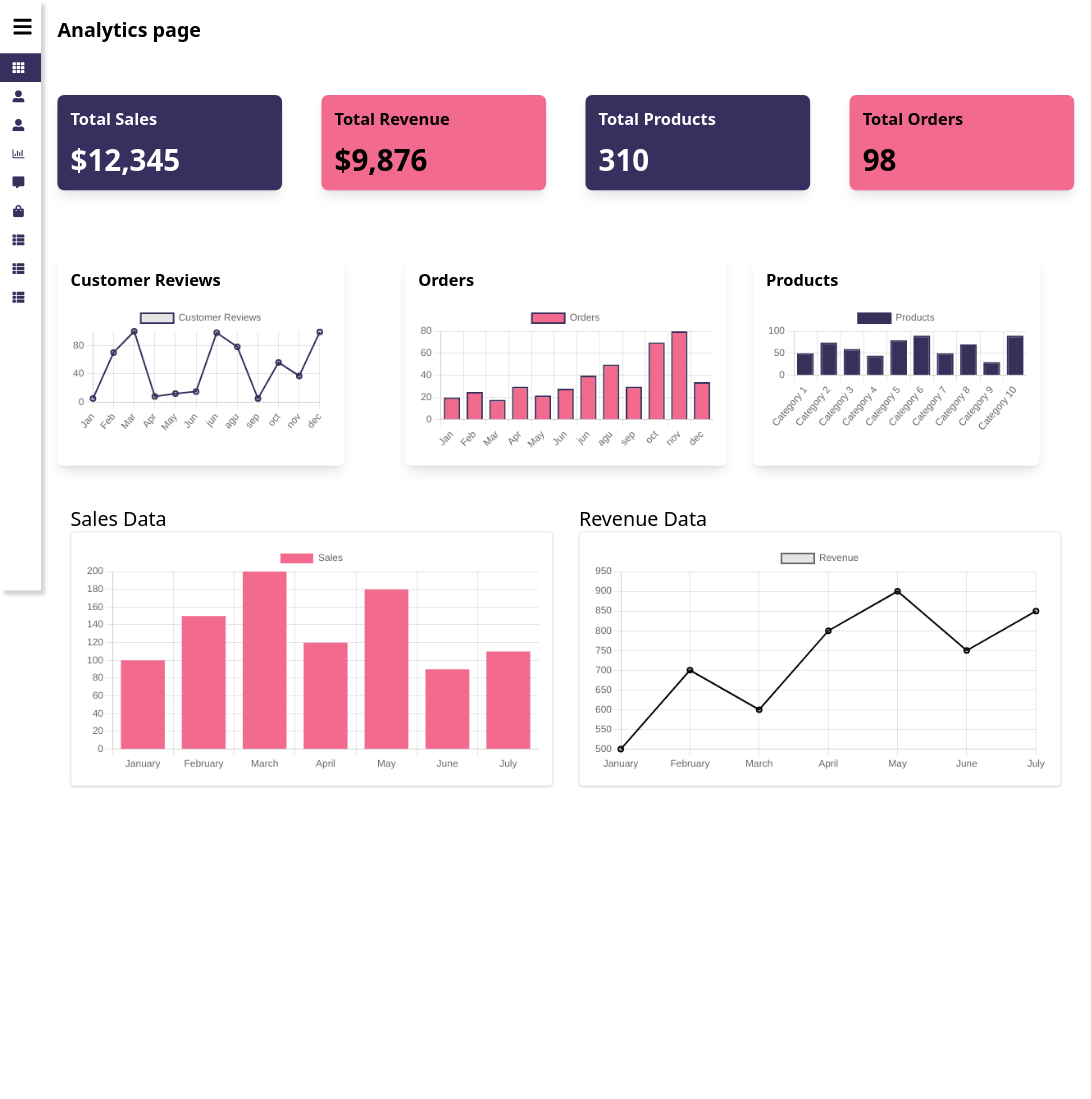
Repository: AndargWorku12/admin-dashboard
Page: /
An editor plug-in stored every save of this project. The page is shown before and after the next save, followed by the edit.
The browser window is 1280 px wide. The page is 1330 px wide, so the pictures cover 1330 px, including what lies to the right of the window. The pictures show the whole page, at 82% of full size.
The project was rebuilt for these pictures with package versions that can differ from the ones it lists, and the page was loaded fresh each time. Also part of the build but not shown: src/styles/orders.css, src/pages/OrderTable.tsx, src/pages/OrderModal.tsx, src/pages/Orders.tsx, src/styles/category.css, src/pages/CategoryPage.tsx, src/styles/login.css, src/pages/Login.tsx and 9 more.

Above is the page before, as saved 2024-02-03 04:20:58.

### src/index.tsx
import { ColorModeScript } from "@chakra-ui/react"
import * as React from "react"
import * as ReactDOM from "react-dom/client"
import App from "./App"
import './index.css'

const container = document.getElementById("root")
if (!container) throw new Error('Failed to find the root element');
const root = ReactDOM.createRoot(container)

root.render(

  <React.StrictMode>
    <ColorModeScript />
    <App />
  </React.StrictMode>,

)

### src/App.tsx

import React, {useState} from 'react';
import { BrowserRouter, Route, Routes } from 'react-router-dom';
import Sidebar from './components/Sidebar';
import Dashboard from './pages/Dashboard';
// import SignUpForm from './pages/LoginPopup'
import Orders from './pages/Orders';
import Category from './pages/CategoryPage';
import Login from './pages/Login'
import Analytics from './pages/Analytics';
import CustemerReview from './pages/CustemerReview';
import ProductList from './pages/ProductList';
import ShopCard from './pages/ShopCard';
import './App.css'
import SignUpForm from './pages/SignUpForm';
import ForgotPassword from './pages/ForgetPassword';
// import AnalyticsPage from './pages/Analytics';



type SaleData = {
  date: string;
  amount: number;
};

type RevenueData = {
  month: string;
  revenue: number;
};

type Product = {
    id: string;
    photo: string;
    name: string;
    price: number;
    category: string;
};

type Order = {
    id: string;
    productName: string;
    quantity: number;
    totalPrice: number;

};

type CategoryType = {
  id: string;
  photo:string;
  name: string;
};



// Sample props for components
type DashboardProps = {
  saleData: SaleData[];
  revenueData: RevenueData[];
  // ... other props
};

type AnalyticsProps = {
  salesData: SaleData[];
  // ... other props
};

type ProductProps = {
  products: Product[];
  onUpdate: (productId: string, updatedProduct: Product) => void;

};




type OrderProps = {
  orders: Order[];
  // ... other props
};

type CategoryProps = {
  categories: CategoryType[];
  // ... other props
};







const App: React.FC = () => {


// for the product page to handle
  const [products, setProducts] = useState<Product[]>([


    {
      id: '1',
      photo: 'https://img.ltwebstatic.com/images3_pi/2022/01/10/16417919016a32607182dd11dedeb77e8324b683e8_thumbnail_900x.webp',
      name: 'Product 1',
      price: 29.99,
      category: 'Electronics',
    },
    {
      id: '2',
      photo: 'https://img.ltwebstatic.com/images3_pi/2022/01/10/16417919016a32607182dd11dedeb77e8324b683e8_thumbnail_900x.webp',
      name: 'Product 2',
      price: 49.99,
      category: 'Clothing',
    },
    {
      id: '3',
      photo: 'https://img.ltwebstatic.com/images3_pi/2022/01/10/16417919016a32607182dd11dedeb77e8324b683e8_thumbnail_900x.webp',
      name: 'Product 3',
      price: 9.99,
      category: 'Books',
    },
    {
      id: '4',
      photo: 'https://img.ltwebstatic.com/images3_pi/2022/01/10/16417919016a32607182dd11dedeb77e8324b683e8_thumbnail_900x.webp',
      name: 'Product 4',
      price: 79.99,
      category: 'Home and Kitchen',
    },
    {
      id: '5',
      photo: 'https://img.ltwebstatic.com/images3_pi/2022/01/10/16417919016a32607182dd11dedeb77e8324b683e8_thumbnail_900x.webp',
      name: 'Product 5',
      price: 39.99,
      category: 'Toys',
    },



  ]);

  // Function to handle creating a new product
  const handleCreate = (newProduct: Product) => {
    setProducts((prevProducts) => [...prevProducts, newProduct]);
  };

  // Function to handle updating a product

  const handleUpdate = (productId: string, newName: string, newPrice: number) => {
    setProducts((prevProducts) =>
      prevProducts.map((product) =>
        product.id === productId
          ? { ...product, name: newName, price: newPrice }
          : product
      )
    );
  };



  // Function to handle deleting a product
  const handleDelete = (productId: string) => {
    setProducts((prevProducts) => prevProducts.filter((product) => product.id !== productId));
  };

//  for AnalyticsPage
// for category page


const [categories, setCategories] = useState<CategoryType[]>([
  {
    id: '1',
    photo: 'https://plus.unsplash.com/premium_photo-1661662850226-83c981ed4eba?w=500&auto=format&fit=crop&q=60&ixlib=rb-4.0.3&ixid=M3wxMjA3fDB8MHxzZWFyY2h8MXx8bGFwdG9wJTIwY29tcHV0ZXJ8ZW58MHx8MHx8fDA%3D',
    name: 'Category 1',
  },
  {
    id: '2',
    photo: 'https://plus.unsplash.com/premium_photo-1661662850226-83c981ed4eba?w=500&auto=format&fit=crop&q=60&ixlib=rb-4.0.3&ixid=M3wxMjA3fDB8MHxzZWFyY2h8MXx8bGFwdG9wJTIwY29tcHV0ZXJ8ZW58MHx8MHx8fDA%3D',
    name: 'Category 2',
  },
  {
    id: '3',
    photo: 'https://plus.unsplash.com/premium_photo-1661662850226-83c981ed4eba?w=500&auto=format&fit=crop&q=60&ixlib=rb-4.0.3&ixid=M3wxMjA3fDB8MHxzZWFyY2h8MXx8bGFwdG9wJTIwY29tcHV0ZXJ8ZW58MHx8MHx8fDA%3D',
    name: 'Category 3',
  },
  {
    id: '4',
    photo: 'https://plus.unsplash.com/premium_photo-1661662850226-83c981ed4eba?w=500&auto=format&fit=crop&q=60&ixlib=rb-4.0.3&ixid=M3wxMjA3fDB8MHxzZWFyY2h8MXx8bGFwdG9wJTIwY29tcHV0ZXJ8ZW58MHx8MHx8fDA%3D',
    name: 'Category 4',
  },

]);

// Function to handle creating a new category
// const handleCreateCategory = (newCategory: CategoryType) => {
//   setCategories((prevCategories) => [...prevCategories, newCategory]);
// };
const handleCreateCategory = (newCategory: CategoryType) => {
  // Add the new category to the list of categories
  setCategories((prevCategories) => [...prevCategories, newCategory]);
};

const handleUpdateCategory = (categoryId: string, newName: string) => {
  setCategories((prevCategories) =>
    prevCategories.map((category) =>
      category.id === categoryId ? { ...category, name: newName } : category
    )
  );
};

// Function to handle deleting a category
const handleDeleteCategory = (categoryId: string) => {
  setCategories((prevCategories) => prevCategories.filter((category) => category.id !== categoryId));
};

  const saleData: SaleData[] = [
    { date: '2022-01-01', amount: 100 },
    { date: '2022-01-02', amount: 150 },
    { date: '2022-01-03', amount: 200 },
    { date: '2022-01-04', amount: 120 },
    { date: '2022-01-05', amount: 180 },
    { date: '2022-01-06', amount: 90 },
    { date: '2022-01-07', amount: 110 },
    { date: '2022-01-08', amount: 130 },
    { date: '2022-01-09', amount: 170 },
    { date: '2022-01-10', amount: 160 },
  ];

  const revenueData: RevenueData[] = [
    { month: 'January', revenue: 500 },
    { month: 'February', revenue: 700 },
    { month: 'March', revenue: 600 },
    { month: 'April', revenue: 800 },
    { month: 'May', revenue: 900 },
    { month: 'June', revenue: 750 },
    { month: 'July', revenue: 850 },
    { month: 'August', revenue: 950 },
    { month: 'September', revenue: 700 },
    { month: 'October', revenue: 850 },
  ];


   const [orders, setOrders] = useState<Order[]>([
    {
      id: '1',
      productName: 'Laptop',
      quantity: 2,
      totalPrice: 2000,
    },
    {
      id: '2',
      productName: 'Smartphone',
      quantity: 3,
      totalPrice: 1200,
    },
    {
      id: '3',
      productName: 'Headphones',
      quantity: 1,
      totalPrice: 100,
    },
    {
      id: '4',
      productName: 'Camera',
      quantity: 1,
      totalPrice: 800,
    },

   ]);

  // Function to create a new order
  const handleCreateOrder = (newOrder: Order) => {
    setOrders((prevOrders) => [...prevOrders, newOrder]);
  };

  // Function to delete an order
  const handleDeleteOrder = (orderId: string) => {
    const updatedOrders = orders.filter(order => order.id !== orderId);
    setOrders(updatedOrders);
  };

  // Function to update an order
  const handleUpdateOrder = (orderId: string, updatedOrder: Order) => {
    // Placeholder implementation: Updating the order in the list
    setOrders((prevOrders) =>
      prevOrders.map((order) =>
        order.id === orderId ? { ...order, ...updatedOrder } : order
      )
    );
  };

  return (
    <div>
    <BrowserRouter>
    <Sidebar>
      <Routes>
        <Route path="/" element={<Dashboard saleData={saleData} revenueData={revenueData}  />} />
        <Route path="/dashboard" element={<Dashboard saleData={saleData} revenueData={revenueData}  />} />
       <Route path="/login" element={<Login/>}/>
       <Route path='/forget-password' element={<ForgotPassword/>}/>
        <Route path="/signup" element={<SignUpForm />} />
        <Route path="/review"element={<CustemerReview username="John" joinedDate="2022-01-01" reviewDate="2022-01-15" reviewText="Lorem ipsum" />}
/>

        <Route path="/analytics" element={<Analytics  />} />
        <Route
  path="/product"
  element={<ProductList />}
/>
        <Route path="/shop" element={<ShopCard />} />
        <Route
        path="/orders"
        element={
          <Orders
/>
        }
      />

        <Route
            path="/category"
            element={<Category />}
          />

      </Routes>
    </Sidebar>
  </BrowserRouter>
  </div>
  );
};

export default App;

### src/components/Sidebar.tsx
import React, { useState } from 'react';
import ReactNode from "react";
import {
    FaTh,
    FaBars,
    FaUserAlt,
    FaRegChartBar,
    FaCommentAlt,
    FaShoppingBag,
    FaThList
} from 'react-icons/fa';
import { NavLink, NavLinkProps } from 'react-router-dom';



interface MenuItem {
    path: string;
    name: string;
    icon: JSX.Element;
}

interface SidebarProps {
  children: React.ReactNode;
}
    const Sidebar: React.FC<React.PropsWithChildren<{}>> = ({ children }) => {
    const [isOpen, setIsOpen] = useState(false);

    const toggle = () => setIsOpen(!isOpen);

    const menuItems: MenuItem[] = [
        {
            path: '/',
            name: 'Dashboard',
            icon: <FaTh />,
        },
        {
            path: '/login',
            name: 'Login',
            icon: <FaUserAlt />,
        },
        {
          path: '/signup',
          name: 'Register form',
          icon: <FaUserAlt />,
      },
        {
            path: '/analytics',
            name: 'Analytics',
            icon: <FaRegChartBar />,
        },
        {
            path: '/review',
            name: 'CustemerReview',
            icon: <FaCommentAlt />,
        },
        {
            path: '/product',
            name: 'Product',
            icon: <FaShoppingBag />,
        },
        {
            path: '/category',
            name: 'Category List',
            icon: <FaThList />,
        },
        {
          path: '/orders',
          name: 'Orders',
          icon: <FaThList />,
      },
      {
        path: '/shop',
        name: 'Sample product',
        icon: <FaThList />,
    },
    ];

    return (
        <div className="container">
            <div style={{ width: isOpen ? '200px' : '50px' }} className="sidebar">
                <div className="top_section">
                    <h1 style={{ display: isOpen ? 'block' : 'none' }} className="logo">
                        Logo
                    </h1>
                    <div style={{ marginLeft: isOpen ? '50px' : '0px' }} className="bars">
                        <FaBars onClick={toggle} />
                    </div>
                </div>
                {menuItems.map((item, index) => (
                    <NavLink to={item.path} key={index} className="link"
                    //  activeClassName="active"
                     >
                        <div className="icon">{item.icon}</div>
                        <div style={{ display: isOpen ? 'block' : 'none' }} className="link_text text-sm">
                            {item.name}
                        </div>
                    </NavLink>
                ))}
            </div>
            <main>{children}</main>
        </div>
    );
};

export default Sidebar;

### src/pages/Dashboard.tsx




import React from 'react';
import { Bar, Line } from 'react-chartjs-2';
import {
  Chart as ChartJS,
  CategoryScale,
  LinearScale,
  BarElement,
  PointElement,
  LineElement,
  Title,
  Tooltip,
  Legend,
} from 'chart.js';
import Analytics from './Analytics'

ChartJS.register(
  CategoryScale,
  LinearScale,
  BarElement,
  PointElement,
  LineElement,
  Title,
  Tooltip,
  Legend
);
// import Chart from 'chart.js/auto';
// Assuming saleData and revenueData are custom types
type SaleData = {
  date: string;
  amount: number;
};

type RevenueData = {
  month: string;
  revenue: number;
};

interface DashboardProps {
  saleData: SaleData[];
  revenueData: RevenueData[];
}

const Dashboard: React.FC<DashboardProps> = ({ saleData, revenueData }) => {
  const barChartData = {
    labels: ['January', 'February', 'March', 'April', 'May', 'June', 'July'],
    datasets: [
      {
        label: 'Sales',
        data: saleData.map((data) => data.amount),
        backgroundColor: '#F26A8D',
        borderColor: '37305A',


      },
    ],
  };

  const lineChartData = {
    labels: ['January', 'February', 'March', 'April', 'May', 'June', 'July'],
    datasets: [
      {
        label: 'Revenue',
        data: revenueData.map((data) => data.revenue),
        fill: false,
        borderColor: '37305A',
        borderWidth: 2,
        //some thing


      },
    ],
  };

  return (
    <div>
      <Analytics/>

<div className="flex h-screen">
      <div className="flex-1 max-w-screen-md p-4">
        <h3 className="text-2xl">Sales Data</h3>
        <div className="border p-4 bg-white rounded shadow">
        <Bar data={barChartData} />
      </div>
      </div>

      <div className="flex-1 max-w-screen-md p-4">
        <h3 className="text-2xl">Revenue Data</h3>
        <div className="border p-4 bg-white rounded shadow" >
        <Line data={lineChartData} />
        </div>
      </div>
      </div>
      <div>

      </div>
    </div>
  );
};

export default Dashboard;











// import React from 'react';
// import { Bar, Line } from 'react-chartjs-2';

// interface DashboardProps {
//   saleData: saleData[];
//   revenueData: revenueData[];
// }

// const Dashboard: React.FC<DashboardProps> = ({ saleData, revenueData }) => {
//   const barChartData = {
//     labels: ['January', 'February', 'March', 'April', 'May', 'June', 'July'],
//     datasets: [
//       {
//         label: 'Sales',
//         data: saleData,
//         backgroundColor: 'rgba(75,192,192,0.2)',
//         borderColor: 'rgba(75,192,192,1)',
//         borderWidth: 1,
//       },
//     ],
//   };

//   const lineChartData = {
//     labels: ['January', 'February', 'March', 'April', 'May', 'June', 'July'],
//     datasets: [
//       {
//         label: 'Revenue',
//         data: revenueData,
//         fill: false,
//         borderColor: 'rgba(75,192,192,1)',
//         borderWidth: 2,
//       },
//     ],
//   };

//   return (
//     <div>
//       <h2>Dashboard</h2>

//       <div>
//         <h3>Sales Data</h3>
//         <Bar data={barChartData} />
//       </div>

//       <div>
//         <h3>Revenue Data</h3>
//         <Line data={lineChartData} />
//       </div>
//     </div>
//   );
// };

// export default Dashboard;

### src/pages/Analytics.tsx

// Install dependencies:
// npm install react-chartjs-2 chart.js

import React from 'react';
import { Bar, Line } from 'react-chartjs-2';
import '../styles/analytics.css'
const AnalyticsPage: React.FC = () => {
  // Sample data
  const customerReviewData = {
    labels: ['Jan', 'Feb', 'Mar', 'Apr', 'May', 'Jun','jun','agu','sep','oct','nov','dec'],
    datasets: [
      {
        label: 'Customer Reviews',
        data: [5, 70, 100, 8, 12, 15,98,78,5,56,37,99],
        borderColor: '#37305A',
        borderWidth: 2,
        fill: false,
      },
    ],
  };

  const ordersData = {
    labels: ['Jan', 'Feb', 'Mar', 'Apr', 'May', 'Jun','jun','agu','sep','oct','nov','dec'],
    datasets: [
      {
        label: 'Orders',
        data: [20, 25, 18, 30, 22, 28,40,50,30,70,80,34],
        backgroundColor: '#F26A8D',
        borderColor: '#37305A',
        borderWidth: 2,
      },
    ],
  };

  const productsData = {
    labels: ['Category 1', 'Category 2', 'Category 3', 'Category 4', 'Category 5','Category 6','Category 7','Category 8','Category 9','Category 10'],
    datasets: [
      {
        label: 'Products',
        data: [50, 75, 60, 45, 80,90,50,70,30,90],
        backgroundColor: '#37305A',
        borderColor: '#37305A',
        borderWidth: 2,

      },
    ],
  };

  return (
    <>
    <h2 className='text-black font-bold text-2xl mb-16'>Analytics page</h2>

    <div className="col-span-4 md:col-span-2 lg:col-span-1 flex justify-between gap-8 mb-20 ">
          <div className="card1 p-4 rounded-lg shadow-lg flex-1 mr-4">
            <h2 className="text-xl font-bold mb-4">Total Sales</h2>
            <p className="text-4xl font-bold">$12,345</p>
          </div>
                {/* <div className='gap-8 col-span-3 md:col-span-2 lg:col-span-1 flex justify-between w-48'> */}
          <div className=" card2 p-4 rounded-lg shadow-lg flex-1 mr-4">
            <h2 className="text-xl font-bold mb-4">Total Revenue</h2>
            <p className="text-4xl font-bold">$9,876</p>
          </div>



          <div className="card1 p-4 rounded-lg shadow-lg flex-1 mr-4">
            <h2 className="text-xl font-bold mb-4">Total Products</h2>
            <p className="text-4xl font-bold">310</p>
          </div>


          <div className="card2 p-4 rounded-lg shadow-lg flex-1">
            <h2 className="text-xl font-bold mb-4">Total Orders</h2>
            <p className="text-4xl font-bold">98</p>
          </div>
          {/* <div className="bg-white p-4 rounded-lg shadow-lg flex-1">
            <h2 className="text-xl font-bold mb-4">Total Categories</h2>
            <p className="text-4xl font-bold">15</p>
          </div> */}
          {/* </div> */}
        </div>
    <div className="container mx-auto my-8 ">

      <div className=" chart grid grid-cols-1 md:grid-cols-2 lg:grid-cols-3 gap-8 w-screen">
        {/* Customer Reviews Chart */}
        <div className="customer bg-white p-4 rounded-lg shadow-lg ">
          <h2 className="text-xl font-bold mb-4">Customer Reviews</h2>
          <Line data={customerReviewData} />
        </div>

        {/* Orders Chart */}
        <div className="orders bg-white p-4 rounded-lg shadow-lg">
          <h2 className="text-xl font-bold mb-4">Orders</h2>
          <Bar data={ordersData} />
        </div>

        {/* Products Chart */}
        <div className=" product bg-white p-4 rounded-lg shadow-lg ">
          <h2 className="text-xl font-bold mb-4">Products</h2>
          <Bar data={productsData} />
        </div>

        {/* Total Metrics Cards */}
        {/* <div className='col-span-3 md:col-span-2 lg:col-span-1 flex justify-between gap-10'> */}


        {/* <div className="col-span-3 md:col-span-2 lg:col-span-1 flex justify-between gap-8 w-48">
          <div className="bg-white p-4 rounded-lg shadow-lg flex-1 mr-4">
            <h2 className="text-xl font-bold mb-4">Total Reviews</h2>
            <p className="text-4xl font-bold">135</p>
          </div>




        </div> */}


        {/* </div> */}
      </div>
    </div>
    </>
  );
};

export default AnalyticsPage;

### src/App.css
* {
    margin: 0;
    padding: 0;
    text-decoration: none;
    /* background: #fff; */
    /* color: #fff; */
    /* background: #0e1630 */
    /* background-color: #0e1630; */
}

.container {
    display: flex;
}

main {
    width: 100%;
    padding: 20px;
}

.sidebar {
    background: #fff;
    /* background: #0e1630; */
    box-shadow: 5px 5px 4px rgb(212, 212, 212);
    color: #000;
    height: 100vh;
    width: 200px;
    transition: all 0.5s;
}

.top_section {
    display: flex;
    align-items: center;
    padding: 20px 15px;
}

.logo {
    font-size: 30px;
}

.bars {
    display: flex;
    font-size: 25px;
    margin-left: 50px;
}

.link {
    display: flex;
    color: #37305F;
    padding: 10px 15px;
    gap: 15px;
    transition: all 0.5s;
}

.link:hover {
    background: #37305F;
    color: #fff;
    transition: all 0.5s;
}

.active {
    background: #37305F;
    color: #fff;
}

.icon,
.link_text {
    font-size: 15px;
}

### src/styles/analytics.css
.card1 {
    background: #37305F;
    color: #fff;
}

.card2 {
    background: #F26A8D;
    color: black;
}


/* .chart {
    box-shadow: 0.5px 0.5px 0.5px gray;
} */

.customer {
    max-width: 350px;
}

.orders {
    max-width: 350;
}

.product {
    max-width: 350px;
}

Loaded but not shown: public/index.html (common file); src/index.css (common file); tailwind.config.js (common file)

After the next save:
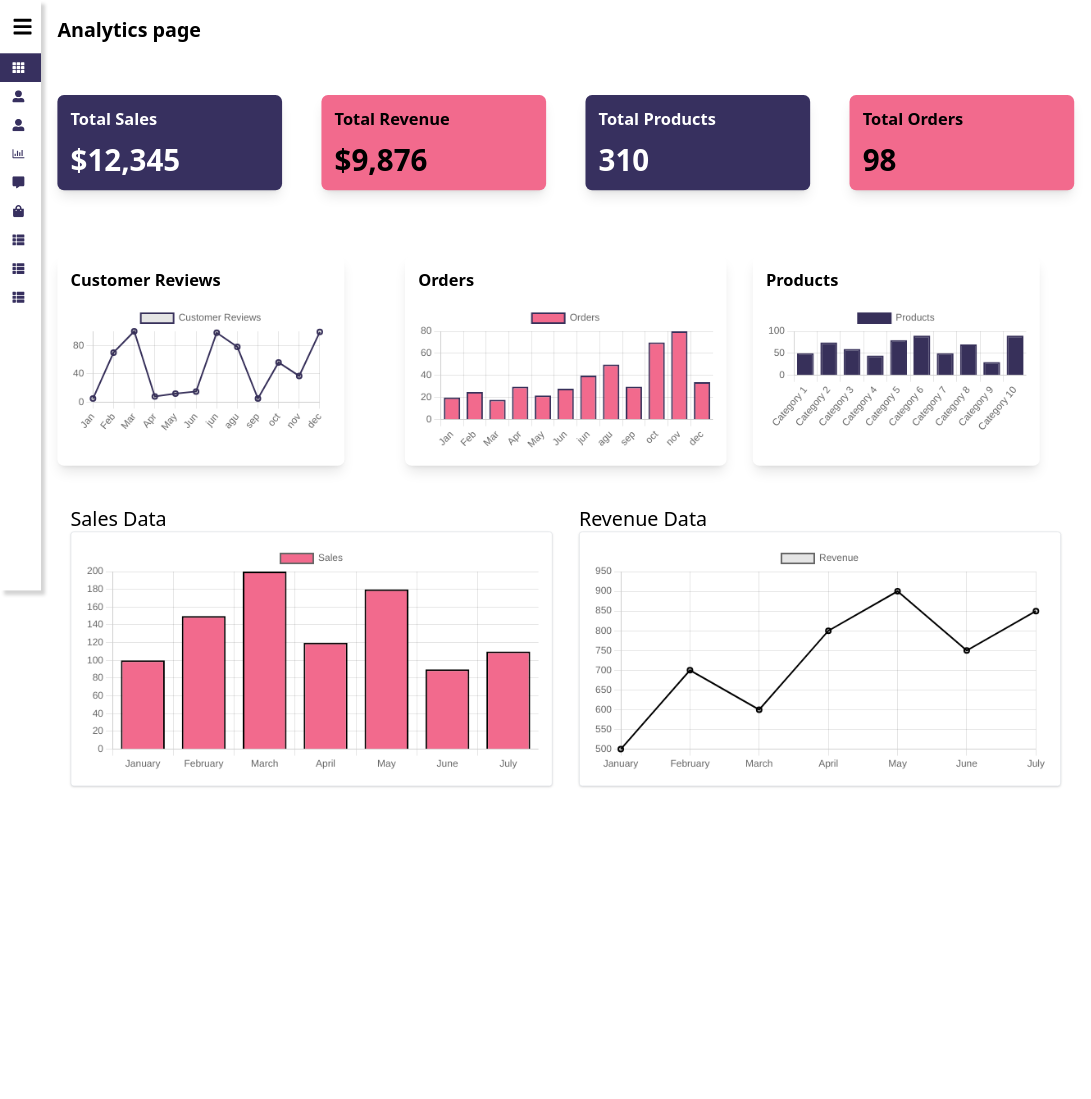
Saved 41 s later.
--- a/src/pages/Dashboard.tsx
+++ b/src/pages/Dashboard.tsx
@@ -53,7 +53,7 @@ const Dashboard: React.FC<DashboardProps> = ({ saleData, revenueData }) => {
         data: saleData.map((data) => data.amount),
         backgroundColor: '#F26A8D',
         borderColor: '37305A',
-
+        borderWidth: 2,
 
       },
     ],
